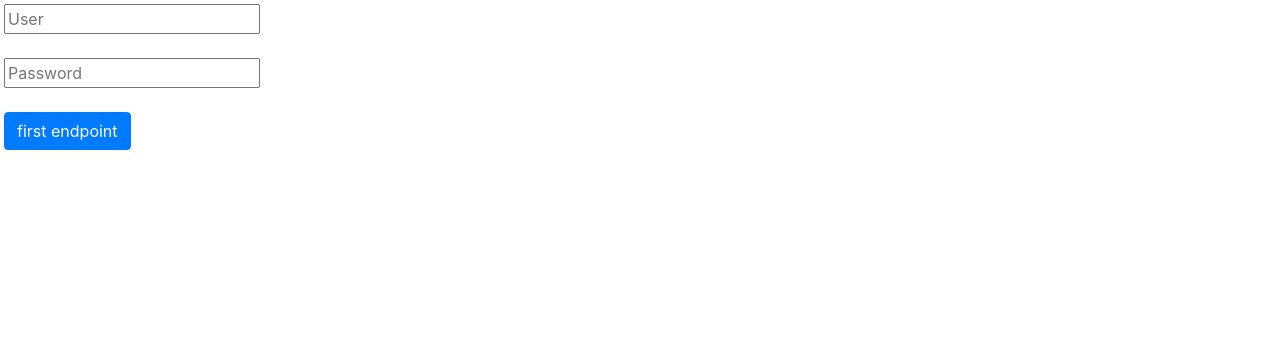
Repository: gfleitas/HTTPmethods
Page: index.html
An editor plug-in stored every save of this project. The page is shown before and after a run of saves, followed by the edit.
The browser window is 1280 px wide. The pictures show the whole page.

Above is the page before, as saved 2019-08-26 11:45:32.

After the next 3 saves:
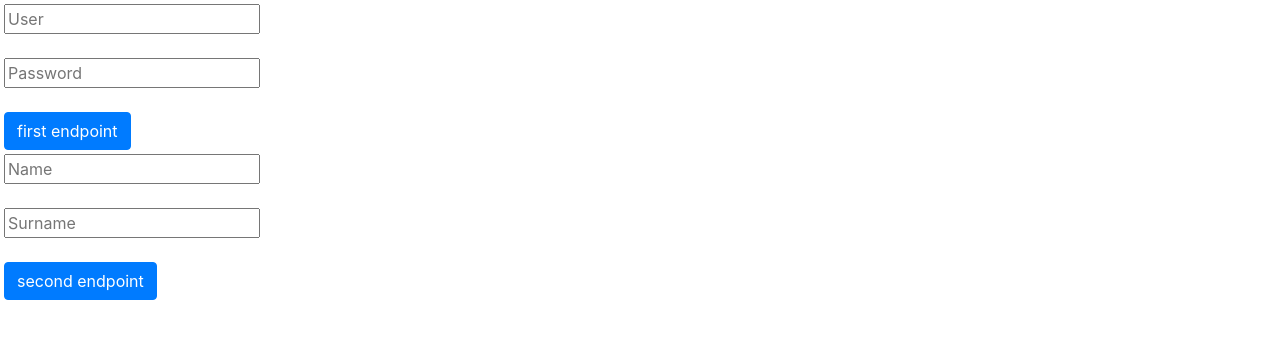
The 3 saves are shown as one change because they came seconds apart.
The last was saved 8 s later.
--- a/index.html
+++ b/index.html
@@ -20,7 +20,15 @@
         <button type="submit" class="btn btn-primary ml-1">first endpoint</button>
     </form>
 
-    <div id="form2"></div>
+    <div id="form2">
+        <input class="mt-1 ml-1" type="text" name="name" id="name" placeholder="Name">
+        <br>
+        <br>
+        <input class="ml-1" type="text" name="surname" id="surname" placeholder="Surname">
+        <br>
+        <br>
+        <button type="submit" class="btn btn-primary ml-1">second endpoint</button>
+    </div>
 
     <script src="js/app.js"></script>
 
